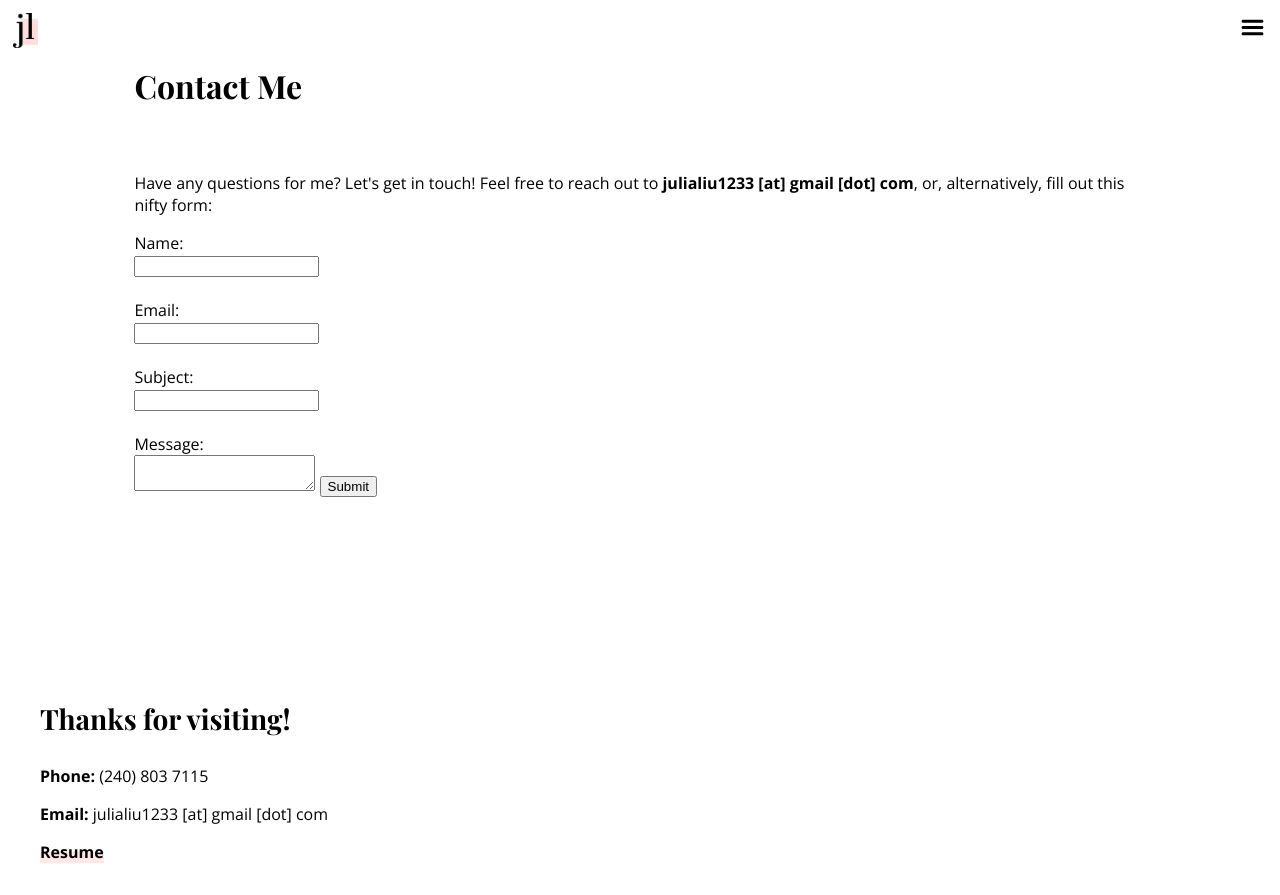
Repository: liu-julia/liu-julia.github.io
Page: contact.html
An editor plug-in stored every save of this project. The page is shown before and after the next save, followed by the edit.
The browser window is 1280 px wide. The pictures show the whole page.

Above is the page before, as saved 2022-08-02 18:04:32.

### contact.html
<!DOCTYPE html>
<html lang="en">
<head>
    <meta charset="UTF-8">
    <meta http-equiv="X-UA-Compatible" content="IE=edge">
    <meta name="viewport" content="width=device-width, initial-scale=1.0">
    <link rel="preconnect" href="https://fonts.googleapis.com">
    <link rel="preconnect" href="https://fonts.gstatic.com" crossorigin>
    <link href="https://fonts.googleapis.com/css2?family=Karla:wght@300;400;700&family=Open+Sans:wght@300;400;700&family=Playfair+Display:wght@400;700&family=Prata&display=swap" rel="stylesheet">
    <link rel="stylesheet" media="screen and (min-width: 1500px)" href="css/1500.css" />
    <link rel="stylesheet" media="screen and (max-width: 1499px)" href="css/mobile.css" />
    <link rel="icon" href="images/jllogo.png">
    <script src="js/scripts.js"></script>
    <title>Julia Liu</title>
</head>
<body>
    <header id="topbar">
        <img id="logo" src="images/jllogo.png" alt="JL logo">
        <div id="navbar">
            <a class="hl_hover" href="index.html">Projects</a>
            <a class="hl_hover" href="about.html">About</a>
            <a class="highlighted" href="contact.html">Contact</a>
        </div>
        <img id="hamburger" src="images/Hamburger_icon.svg" alt="Menu" onclick="toggleMenu()">
    </header>
    <div id="ham">
        <div id="menu_items">
            <a class="highlighted" href="index.html">Projects</a><br>
            <a href="about.html">About</a><br>
            <a href="contact.html">Contact</a>
        </div>
    </div>
    <div id="content">
        <div class="form-container">
            <h2 class="highlighted">Contact Me</h2><br>
            <form>
                <p>Have any questions for me? Let's get in touch! Feel free to reach out to <b>juli<!--anti spam-->aliu1233 <!--anti spam--> [at] gmai<!--anti spam-->l [dot] com</b>, or, alternatively, fill out this nifty form:</p>
                <label for="name"> Name:</label><br>
                <input type="text" id="name" name="name" required><br><br>
                <label for="email">Email:</label><br>
                <input type="email" id="email" required><br><br>
                <label for="subject">Subject:</label><br>
                <input type="text" id="subject" name="subject" required><br><br>
                <label for="message">Message:</label><br>
                <textarea id="message" name="message" required></textarea>
                <button type="submit" value="Submit">Submit</buttom>
            </form>
        </div>
        <div id="foot">
            <h3 class="highlighted">Thanks for visiting!</h3>
            <div>
                <p><b>Phone: </b> (240) 803 7115</p>
                <p><b>Email: </b> juli<!--anti spam-->aliu1233 <!--anti spam--> [at] gmai<!--anti spam-->l [dot] com</p>
                <a href="JuliaLiu.pdf"><b>Resume</b></a>
            </div>
        </div>
    </div>
</body>
</html>

### css/mobile.css
:root {
    font-family: 'Open Sans', sans-serif;
}
html {
    height: 100%;
}

body {
    height: 100%;
}
#content {
    height: 100%;
}
header {
    position: fixed;
    top: 0;
    left: 0;
    right: 0;
    width: 100%;
    height: 60px;
    background-color: white;
    z-index: 1;
    box-shadow: 0 0 10px #FFFFFF;
    transition: top .2s;
}
#logo {
    width: 25px;
    height: 35px;
    padding: 13px;
}
#navbar {
    display: none;
}
h1 mark {
    background: linear-gradient(180deg,rgba(255,255,255,0) 40%, #ffdddd 40% 90%, rgba(255,255,255,0) 90%);
}

#face {
    position: absolute;
    width: 75%;
    max-width: 500px;
    top: 5em;
    left: 10%;
    right: 10%;
    border-radius: 2em;
    margin: auto;
    box-shadow: 2px 2px 10px #00000066;
}

h1{
    font-family: 'Prata', serif;
    font-weight: 400;
    font-size: 3em;
    position: absolute;
    bottom: 13rem;
    left: 5%;
    right: 5%;
    text-align: center;
    margin: auto;
    width: 90%;
}
#head_desc {
    font-size: 1.2em;
    font-weight: 400;
    position: absolute;
    bottom: 6rem;
    width: 90%;
    left: 5%;
    right: 5%;
    text-align: center;
    margin: auto;
    width: 90%;
}
a img {
    max-width: 20%;
    position: absolute;
    bottom: 30px;
    margin: auto;
    left: 1rem;
    right: 1rem;
}

#top {
    height: 100%;
}

.project {
    width: 80%;
    margin-left: auto;
    margin-right: auto;
    margin-top: 3em;
    margin-bottom: 5em;
    text-align: center;
}
.project img {
    width: 100%;
    max-width: 500px;
    max-height: 100%;
    box-shadow: 2px 2px 10px #00000066;
    border-radius: 2rem;
    margin: auto;
}
a {
    color: black;
    background: linear-gradient(180deg,rgba(255,255,255,0) 50%, #ffddddb0 50%);
    transition: background .3s;
    text-decoration: none;
}
h3 {
    font-family: 'Playfair Display', serif;
    font-size: 1.75em;
}
mark{
    background: linear-gradient(180deg,rgba(255,255,255,0) 50%, #ffdddd 50%);
}
#foot {
    padding: 2em;
}
#ham {
    position: fixed;
    z-index: 10;
    background-color: white;
    height: 100%;
    width: 100%;
    top: 0;
    align-items: center;
    box-shadow: 0 0 30px #FFFFFF;
    transform: translateX(120%);
    transition: transform 0.3s;
}
#ham.showMenu {
    transform: translateX(0);
}
#menu_items {
    position: relative;
    padding: 1em;
    padding-top: 5rem;
    margin: auto;
    text-align: center;
}
#menu_items a {
    font-family: 'Playfair Display', serif;
    font-size: 1.75em;
    font-weight: bold;
    background: none;
    text-align: center;
}
#menu_items a.highlighted {
    background: linear-gradient(180deg,rgba(255,255,255,0) 50%, #ffdddd 50%);
}
#menu_items a:hover {
    background: linear-gradient(180deg,rgba(255,255,255,0) 50%, #ffddddb0 50%);
}

#hamburger {
    width: 25px;
    height: 25px;
    float: right;
    padding: 15px;
}
#topbar {
    z-index: 11;
}
.about img {
    display: block;
    width: 80%;
    margin: auto;
    margin-top: 4em;
    box-shadow: 2px 2px 10px #00000066;
    border-radius: 2rem;
}
h2 {
    font-family: 'Playfair Display', serif;
    font-size: 2em;
}
.about-text {
    width: 80%;
    margin: auto;
    text-align: center;
}

.form-container {
    width: 80%;
    margin: auto;
    height: 80%;
    margin-top: 4em;
    align-items: center;
}

### js/scripts.js
if (window.innerWidth > 1500) {
  var prevScrollpos = window.pageYOffset;
  window.onscroll = function() {
    var currentScrollPos = window.pageYOffset;
    if (prevScrollpos > currentScrollPos) {
      document.getElementById("topbar").style.top = "0";
    } else {
      document.getElementById("topbar").style.top = "-70px";
    }
    prevScrollpos = currentScrollPos;
  }
}
function toggleMenu() {
  var menu = document.getElementById("ham");
  if (menu.classList.contains("showMenu")) {
    menu.classList.remove("showMenu");
  } else {
    menu.classList.add("showMenu");
  }
}

### css/1500.css
:root {
    font-family: 'Open Sans', sans-serif;
}
html {
    height: 100%;
}
header {
    position: fixed;
    top: 0;
    left: 0;
    right: 0;
    width: 100%;
    height: 60px;
    background-color: white;
    z-index: 1;
    box-shadow: 0 0 10px #FFFFFF;
    transition: top .2s;
}
#logo {
    width: 25px;
    height: 35px;
    padding: 13px;
}
#navbar {
    float: right;
}
#navbar a {
    position: relative;
    top: 10px;
    margin-right: 25px;
    align-self: center;
    color: black;
}
body {
    height: 100%;
}
#content {
    height: 100%;
}
h1 {
    font-family: 'Prata', serif;
    font-weight: 400;
    font-size: 6.25vw;
}
#top {
    height: 100%;
}
h1{
    position: absolute;
    bottom: 11rem;
    left: 1em;
    right: 1em;
    text-align: center;
    margin: auto;
    width: auto;
    max-width: 75%;
}
h1.highlighted::before {
    content: "";
    position: absolute;
    width: 100%;
    background: #ffdddd;
    left: .25em;
    bottom: .15em;
    height: .7em;
    z-index: -1;
    animation: highlightAnimation ease 3s;
    animation-iteration-count: 1;
    animation-fill-mode: forwards;
}

@keyframes highlightAnimation {
    0% {
        transform: scaleX(0);
        transform-origin: left;
    }
    100% {
        transform: scaleX(1);
        transform-origin: left;
     }
}

#navbar a {
    background: none;
}

#navbar a.highlighted::before {
    content: "";
    position: absolute;
    width: 100%;
    background: #ffdddd;
    left: .25em;
    bottom: .05em;
    height: .7em;
    z-index: -1;
}
.hl_hover::before {
    content: "";
    position: absolute;
    width: 100%;
    background: #ffdddd;
    left: .25em;
    bottom: .05em;
    height: .7em;
    z-index: -1;
    transition: transform 0.5s;
    transform: scaleX(0);
    transform-origin: right;
}
.hl_hover:hover::before {
    transform: scaleX(1);
    transform-origin: left;
}
mark {
    background-color: transparent;
}
h2 {
    font-family: 'Playfair Display', serif;
    font-size: 3em;
}
h3 {
    font-family: 'Playfair Display', serif;
    font-size: 2em;
}
h4 {
    font-size: 1.2rem;
    line-height: 1.5em;
}
h3.highlighted::before {
    content: "";
    position: absolute;
    width: 100%;
    background: #ffdddd;
    left: .25em;
    bottom: .05em;
    height: .7em;
    z-index: -1;
}
#navbar a {
    font-family: 'Playfair Display', serif;
    font-size: 1.5em;
    font-weight: 700;
    text-decoration: none;
}
p {
    font-size: 1.2rem;
}
#head_desc {
    font-size: 1.5em;
    font-weight: 400;
    position: absolute;
    bottom: 6rem;
    width: 90%;
    left: 1rem;
    right: 1rem;
    text-align: center;
    margin: auto;
    width: 75%;
}
#face {
    position: absolute;
    height: 45%;
    top: 5em;
    left: 30em;
    right: 30em;
    border-radius: 2em;
    margin: auto;
    box-shadow: 2px 2px 10px #00000066;
}
#foot {
    padding-left: 30px;
    position: absolute;
    width: 90%;
    height: 40%;
}
#foot h3.highlighted {
    position: absolute;
    bottom: 65%;
}
#foot div {
    position: absolute;
    bottom: 25%;
    padding: 20px;
}
a {
    color: black;
    background: linear-gradient(180deg,rgba(255,255,255,0) 50%, #ffddddb0 50%);
    transition: background .3s;
    text-decoration: none;
}
#foot a {
    font-size: 1.2rem;
}
a:hover {
    background: linear-gradient(180deg,rgba(255,255,255,0) 50%, #ffdddd 50%);
}
#construction {
    height: 100%;
}

body {
    animation: fadeInAnimation ease 2s;
    animation-iteration-count: 1;
    animation-fill-mode: forwards;
}

@keyframes fadeInAnimation {
    0% {
        opacity: 0;
    }
    100% {
        opacity: 1;
     }
}
.project {
    width: 70%;
    display: flex;
    margin: auto;
    height: 40%;
    padding: 2.5rem;
    align-items: center;
}
.project img {
    max-width: 40%;
    max-height: 100%;
    box-shadow: 2px 2px 10px #00000066;
    border-radius: 2rem;
    margin: 3em;
}

a img {
    max-width: 8%;
    position: absolute;
    bottom: 30px;
    margin: auto;
    left: 1rem;
    right: 1rem;
}
.about {
    width: 70%;
    display: flex;
    margin: auto;
    height: 100%;
    align-items: center;
}

.about img {
    max-width: 30%;
    box-shadow: 2px 2px 10px #00000066;
    border-radius: 2rem;
    margin: 1.25em;
}

.about-text {
    position: absolute;
    margin-left: 25%;
    margin-right: 15%;
}
.about-text h2 {
    position: absolute;
    top: -110px;
}

h2.highlighted::before {
    content: "";
    position: absolute;
    width: 100%;
    background: #ffdddd;
    left: .20em;
    bottom: .05em;
    height: .7em;
    z-index: -1;
}

.form-container {
    width: 70%;
    margin: auto;
    height: 100%;
    align-items: center;
}

.form-container h2 {
    position: absolute;
    top: 5rem;
}

form {
    margin-top: 12rem;
    width: 100%;
    height: 60%;
}

input {
    width: 100%;
    background-color: #e7e7e7;
    border: none;
    border-bottom: 2px solid #ffffffff;
    font-size: 1.1rem;
    font-family: 'Open Sans', sans-serif;
    transition: background-color .3s;
}
input:focus {
    outline: none;
    border-bottom: 2px solid black;
    background-color: #efefef;
}
textarea {
    width: 100%;
    background-color: #e7e7e7;
    border: none;
    height: 30%;
    font-size: 1.1rem;
    font-family: 'Open Sans', sans-serif;
    transition: background-color .3s;
}
textarea:focus {
    outline-width: 2px;
    background-color: #efefef;

}
label {
    font-family: 'Playfair Display', serif;
    font-size: 1.5rem;
    font-weight: bold;
}

button {
    font-family: 'Playfair Display', serif;
    font-size: 2rem;
    font-weight: bold;
    background-color: white;
    border: none;
    display: block;
    margin-right: auto;
    margin-left: auto;
    width: auto;
    margin-top: 10px;
    margin-bottom: 10px;
    transition: box-shadow .3s;
}
button:hover {
    box-shadow: 6px 6px 0px #ffdddd, -6px -6px 0px #ffdddd;
}
.project-text h3, .project-text h4, .project-text p {
    margin-bottom: 0px;
    margin-top: 10px;
}
#ham {
    display: none;
}
#hamburger {
    display: none;
}

After the next save:
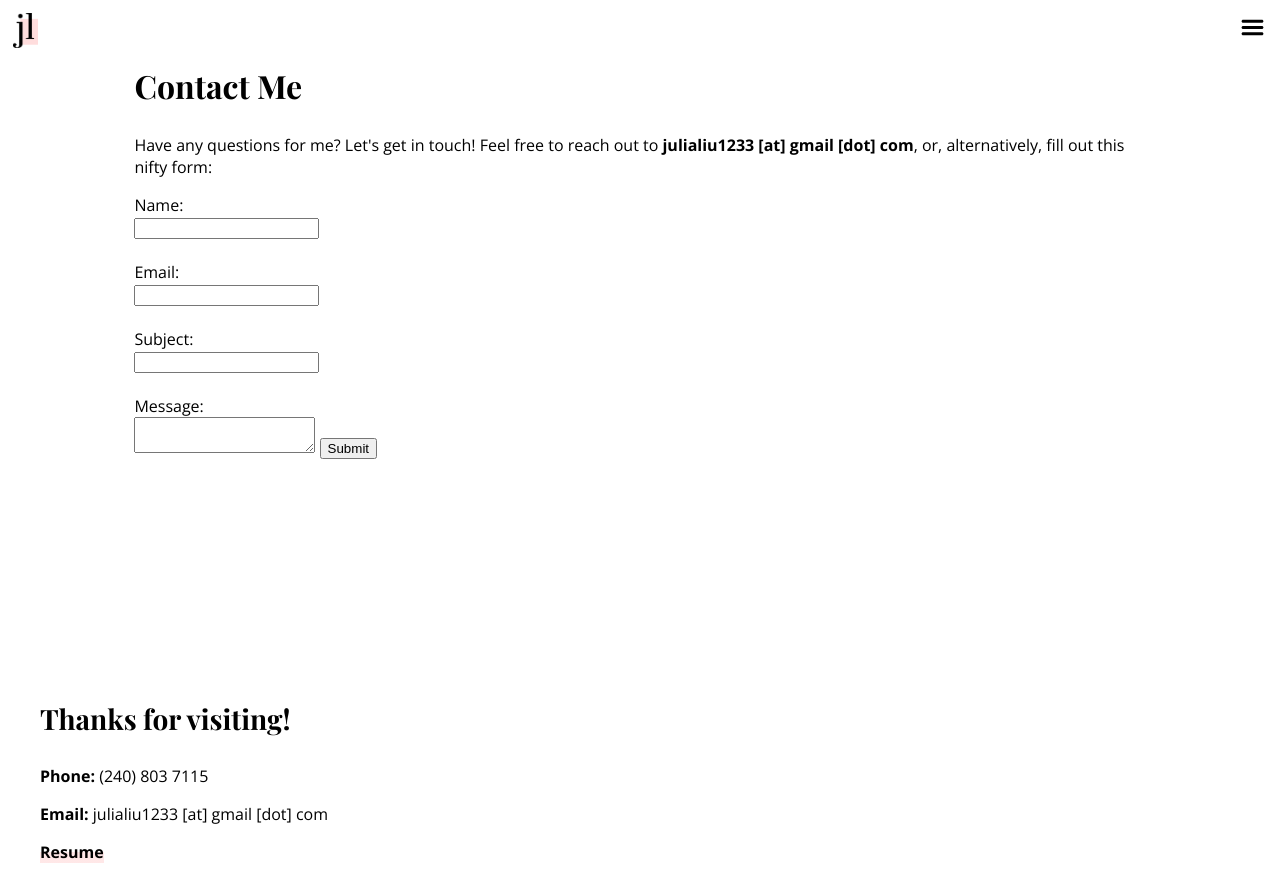
Saved 18 s later.
--- a/contact.html
+++ b/contact.html
@@ -32,7 +32,7 @@
     </div>
     <div id="content">
         <div class="form-container">
-            <h2 class="highlighted">Contact Me</h2><br>
+            <h2 class="highlighted">Contact Me</h2>
             <form>
                 <p>Have any questions for me? Let's get in touch! Feel free to reach out to <b>juli<!--anti spam-->aliu1233 <!--anti spam--> [at] gmai<!--anti spam-->l [dot] com</b>, or, alternatively, fill out this nifty form:</p>
                 <label for="name"> Name:</label><br>
